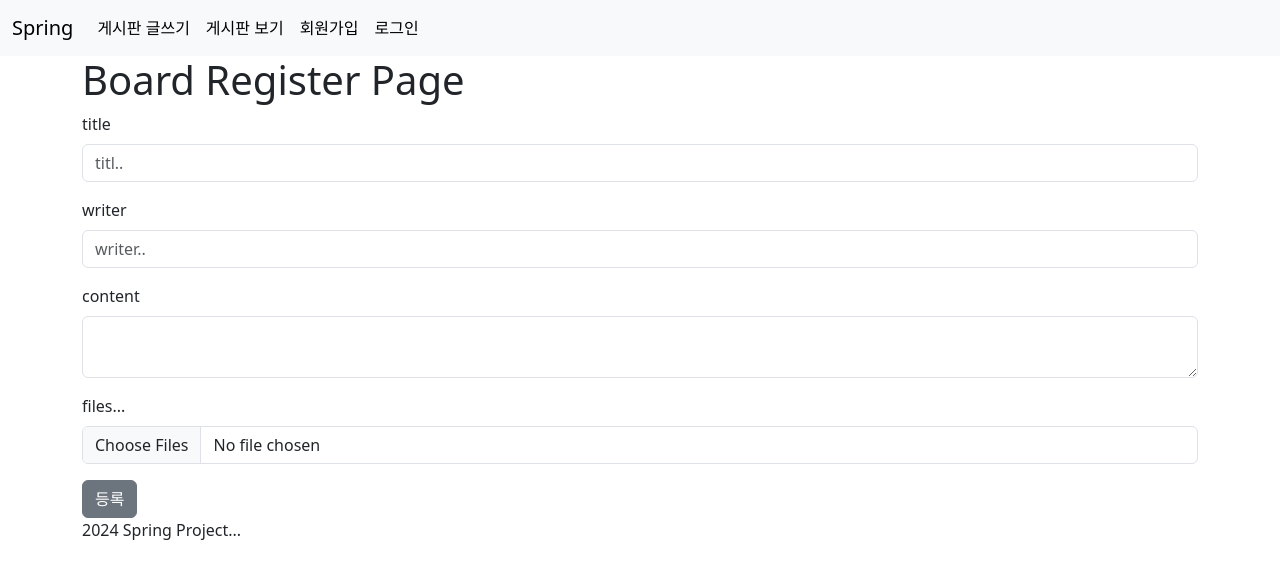
Repository: dlfhrrl12/springtest
Page: http://localhost/spring_study/WEB-INF/views/board/register.jsp
The author's editor kept a copy of each file at every save. The page is drawn from the files as they stood at one save, then again after the next save.
The browser window is 1280 px wide. The pictures show the whole page.
The page is served by Tomcat 9. Nobody is signed in. The template is opened directly, without the code that normally fills it, so the values that code supplies are empty.

Above is the page before, as saved 2024-04-29 01:19:26.

After the next save:
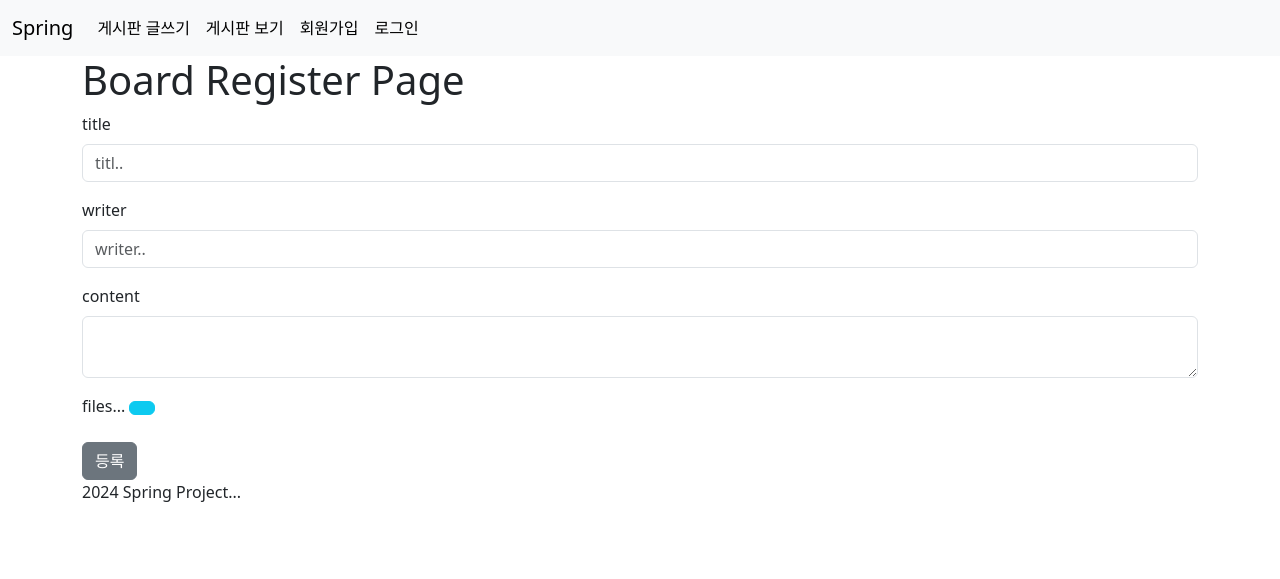
Saved 16 min 50 s later.
--- a/spring_study/src/main/webapp/WEB-INF/views/board/register.jsp
+++ b/spring_study/src/main/webapp/WEB-INF/views/board/register.jsp
@@ -20,7 +20,8 @@
 			<!-- 파일 입력 라인 추가 -->
 			<div class="mb-3">
 		  		<label for="file" class="form-label">files...</label>
-		  		<input type="file" class="form-control" name="files" id="file" multiple="multiple">
+		  		<input type="file" class="form-control" name="files" id="file" multiple="multiple" style="display: none;">
+		  		<button type="button" class="btn btn-info"></button>
 			</div>
 			<button type="submit" class="btn btn-secondary">등록</button>
 		</form>
